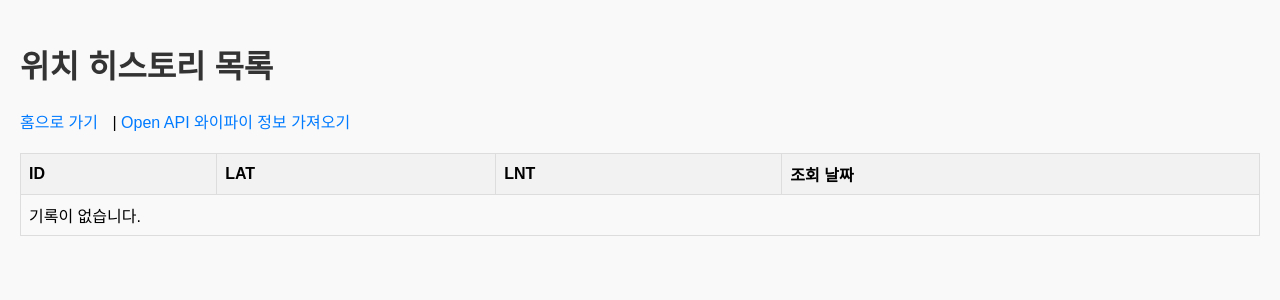
Repository: sangpyolee0/zerobase_task
Page: http://localhost/WifiProject/history.jsp
These files come from the project's save history. The page is drawn as it stood at one moment and after the next save; the edit follows.
The browser window is 1280 px wide. The pictures show the whole page.
The page is served by Tomcat 9. Queries for data that is not in the repository find no rows.

Above is the page before, as saved 2024-12-08 15:37:59.

After the next save:
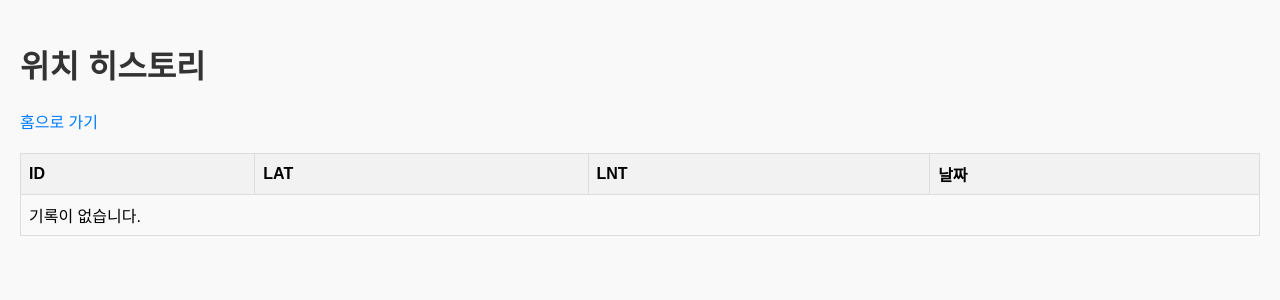
Saved 11 s later.
--- a/WifiProject/src/main/webapp/history.jsp
+++ b/WifiProject/src/main/webapp/history.jsp
@@ -4,37 +4,35 @@
 <!DOCTYPE html>
 <html>
 <head>
-    <title>위치 히스토리 목록</title>
+    <title>위치 히스토리</title>
     <link rel="stylesheet" type="text/css" href="css/style.css">
 </head>
 <body>
-    <h1>위치 히스토리 목록</h1>
+    <h1>위치 히스토리</h1>
     <nav>
-        <a href="index.jsp">홈으로 가기</a> |
-        <a href="add-wifi.jsp">Open API 와이파이 정보 가져오기</a>
+        <a href="index.jsp">홈으로 가기</a>
     </nav>
-
     <table>
         <thead>
             <tr>
                 <th>ID</th>
                 <th>LAT</th>
                 <th>LNT</th>
-                <th>조회 날짜</th>
+                <th>날짜</th>
             </tr>
         </thead>
         <tbody>
             <%
                 DatabaseService dbService = new DatabaseService();
-                List<String[]> historyList = dbService.getHistoryList(); // DB에서 히스토리 가져오기
+                List<String[]> history = dbService.getHistoryList();
 
-                if (historyList != null && !historyList.isEmpty()) {
-                    for (String[] history : historyList) {
+                if (history != null && !history.isEmpty()) {
+                    for (String[] row : history) {
                         out.println("<tr>");
-                        out.println("<td>" + history[0] + "</td>"); // ID
-                        out.println("<td>" + history[1] + "</td>"); // LAT
-                        out.println("<td>" + history[2] + "</td>"); // LNT
-                        out.println("<td>" + history[3] + "</td>"); // 조회 날짜
+                        out.println("<td>" + row[0] + "</td>");
+                        out.println("<td>" + row[1] + "</td>");
+                        out.println("<td>" + row[2] + "</td>");
+                        out.println("<td>" + row[3] + "</td>");
                         out.println("</tr>");
                     }
                 } else {
